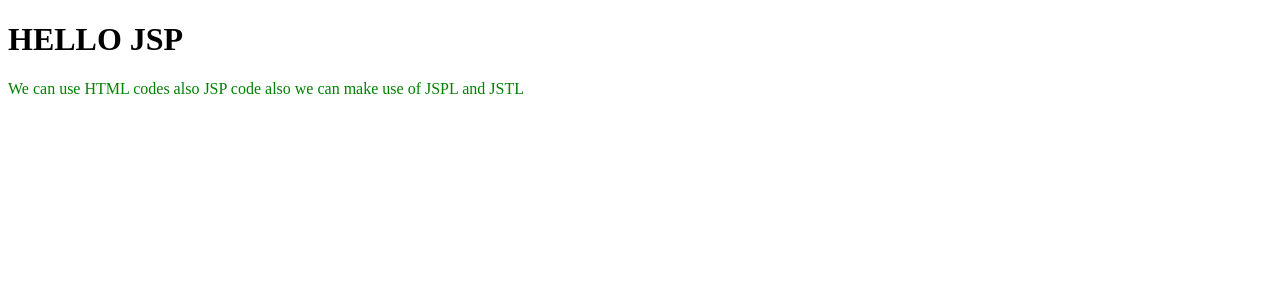
Repository: believemaster/JavaDynamicWeb-JSP
Page: http://localhost/Hello_JSP/Hello.jsp
The author's editor kept a copy of each file at every save. The page is drawn from the files as they stood at one save, then again after the next save.
The browser window is 1280 px wide. The pictures show the whole page.
The page is served by Tomcat 9.

Above is the page before, as saved 2022-05-24 17:37:44.

After the next save:
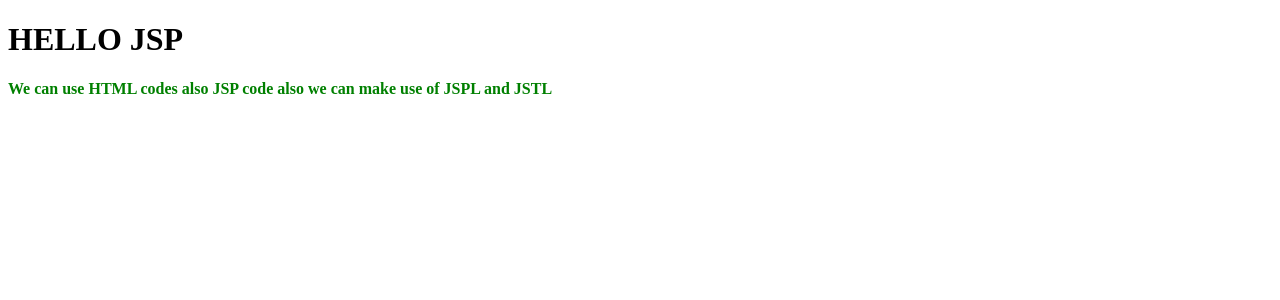
Saved 15 s later.
--- a/Hello JSP/src/main/webapp/Hello.jsp
+++ b/Hello JSP/src/main/webapp/Hello.jsp
@@ -8,7 +8,7 @@
 <style>
 .highlight {
 color: green;
-font-style: bold;
+font-weight: bold;
 }
 </style>
 </head>
